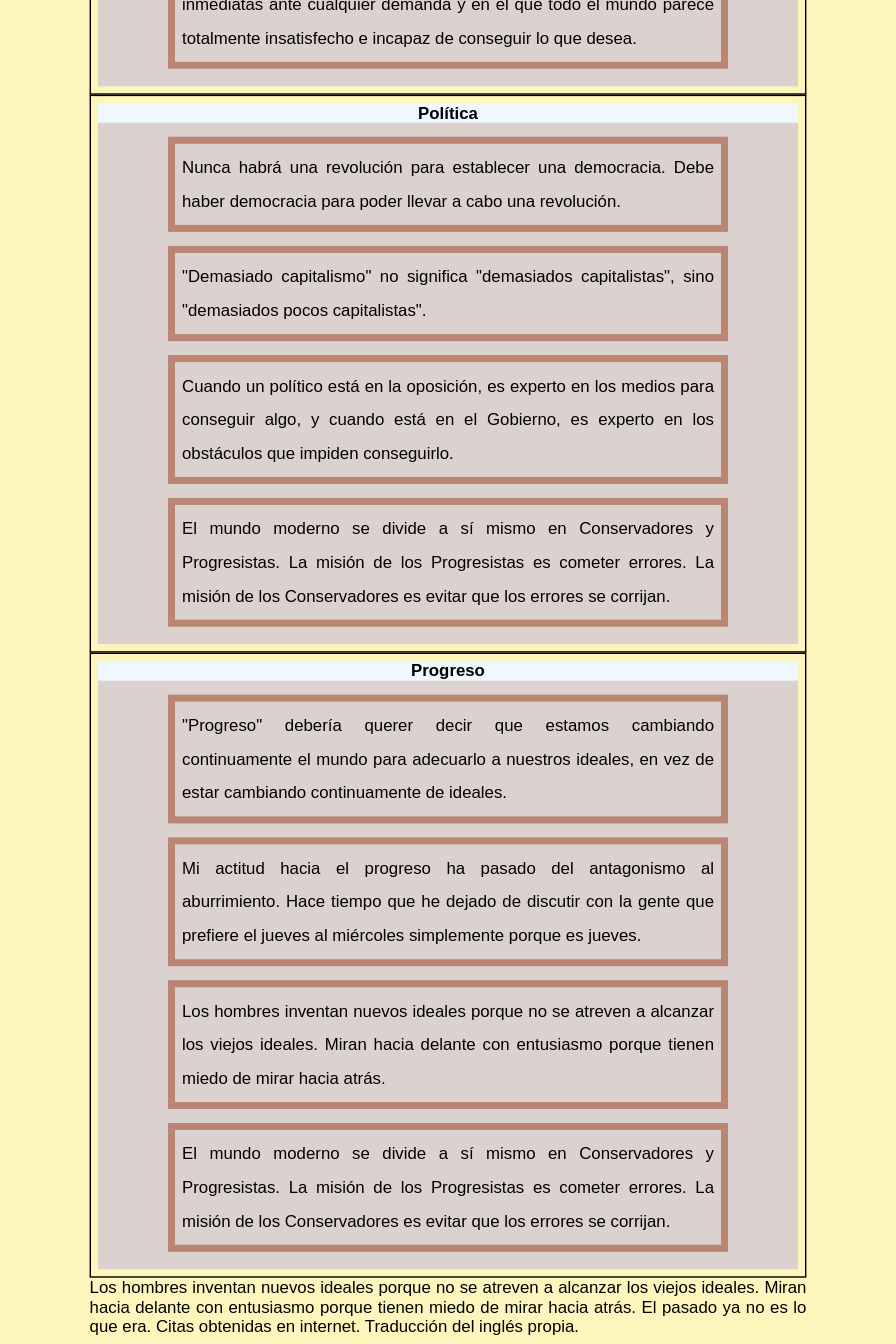
Repository: EmilyMachuca-Developer/Advanced-Programming-Projects
Page: index.html
The author's editor kept a copy of each file at every save. The page is drawn from the files as they stood at one save, then again after the next save.
The browser window is 1280 px wide. The pictures show the part of the page from y = 865 to 2785 px (the page is 2785 px tall before and 2689 px after), at 70% of full size.

Above is the page before, as saved 2024-02-26 20:44:50.

After the next save:
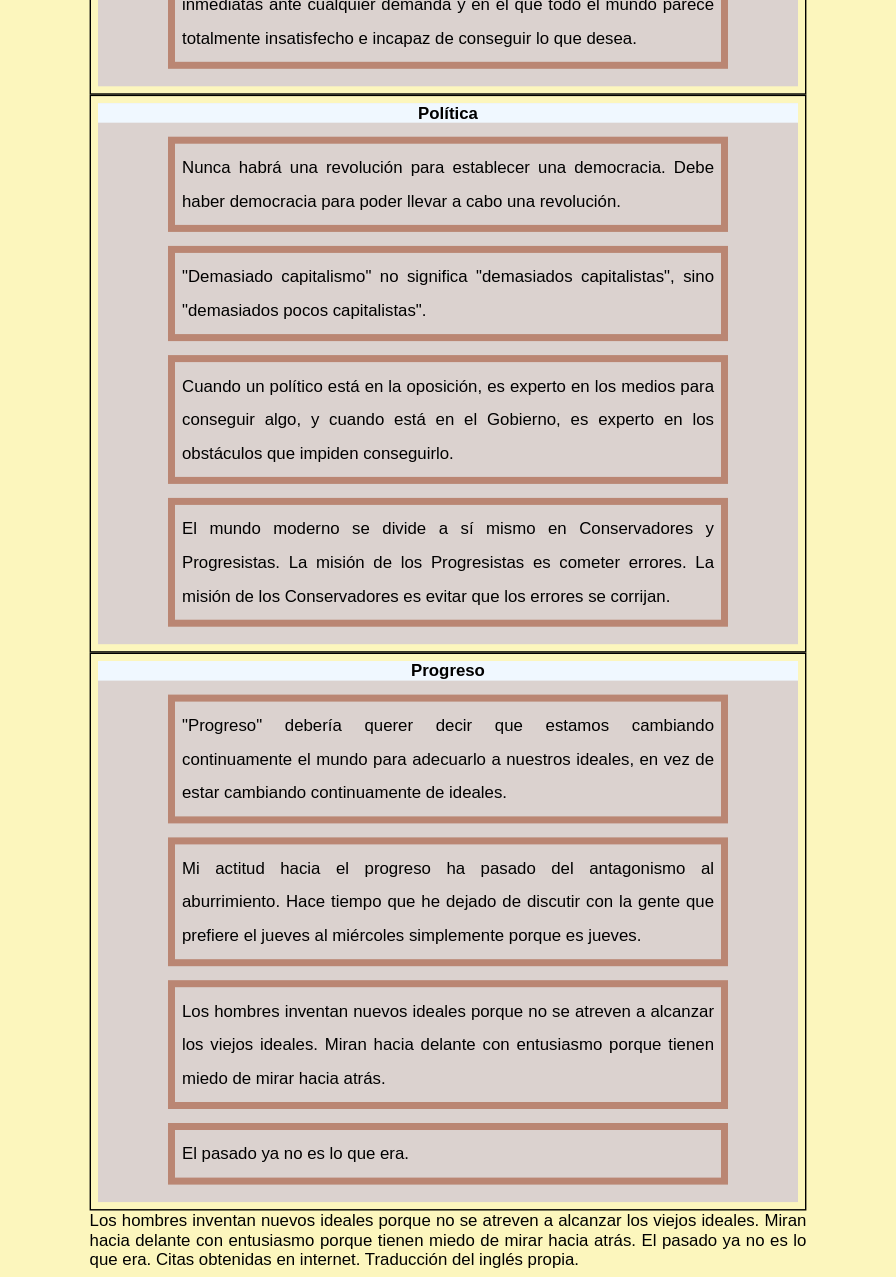
Saved 12 s later.
--- a/index.html
+++ b/index.html
@@ -28,7 +28,7 @@
                 <div><p>"Progreso" debería querer decir que estamos cambiando continuamente el mundo para adecuarlo a nuestros ideales, en vez de estar cambiando continuamente de ideales.</p>
                     <div><p>Mi actitud hacia el progreso ha pasado del antagonismo al aburrimiento. Hace tiempo que he dejado de discutir con la gente que prefiere el jueves al miércoles simplemente porque es jueves.</p></div>
                     <div><p>Los hombres inventan nuevos ideales porque no se atreven a alcanzar los viejos ideales. Miran hacia delante con entusiasmo porque tienen miedo de mirar hacia atrás.</p></div>
-                    <div><p>El mundo moderno se divide a sí mismo en Conservadores y Progresistas. La misión de los Progresistas es cometer errores. La misión de los Conservadores es evitar que los errores se corrijan.</p></div>
+                    <div><p>El pasado ya no es lo que era.</p></div>
                 </div></section></main>
 
 
